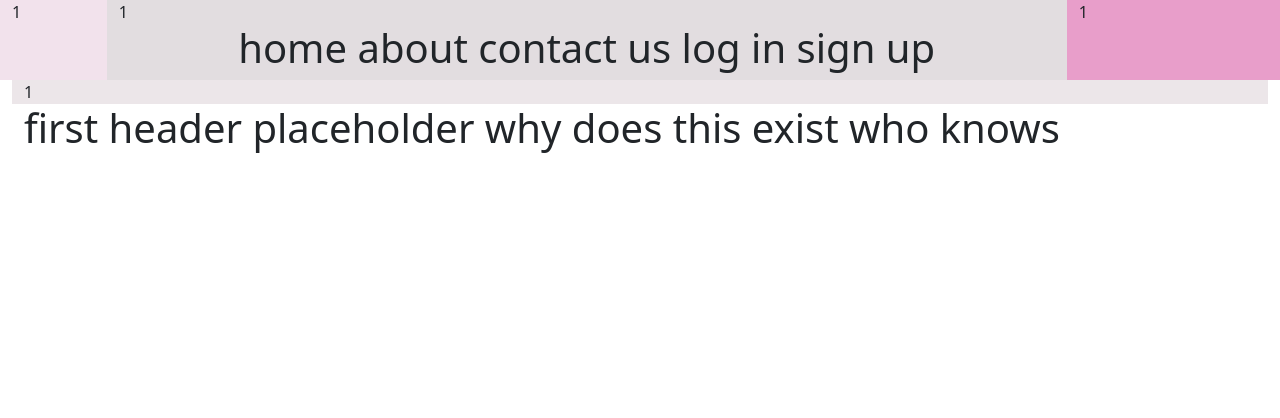
Repository: Treestr/classroom-assistant
Page: templates/homepage.html
These files come from the project's save history. The page is drawn as it stood at one moment and after the next save; the edit follows.
The browser window is 1280 px wide. The pictures show the whole page.
The template is drawn by Flask 3. The application's start-up code is not run. Other server files are loaded and not shown. The template is opened directly, without the code that normally fills it, so the values that code supplies are empty.

Above is the page before, as saved 2024-04-21 19:53:29.

### templates/homepage.html
<!DOCTYPE html>
<html lang="en">
  <head>
    <meta charset="utf-8" />
    <meta name="viewport" content="width=device-width, initial-scale=1" />
    <title>Bootstrap demo</title>
    <link
      href="https://cdn.jsdelivr.net/npm/bootstrap@5.3.3/dist/css/bootstrap.min.css"
      rel="stylesheet"
      integrity="sha384-QWTKZyjpPEjISv5WaRU9OFeRpok6YctnYmDr5pNlyT2bRjXh0JMhjY6hW+ALEwIH"
      crossorigin="anonymous"
    />
  </head>
  <body>
    <div class="container-fluid">
      <div class="row">
        <div class="col-1" style="background-color: rgb(242, 226, 236)">1</div>
          <div class="col-9" style="background-color: rgb(226, 221, 224)">1
          <h1><center>home about contact us log in sign up </center></h1>
        </div>


           <div class="col-2" style="background-color: rgb(232, 158, 202)">1</div>
      </div>

      <div class="container-fluid">
    <div class="row">
        <div class="col-12" style="background-color: rgb(236, 230, 233)">1










        </div>

    </div>
    <h1>first header placeholder why does this exist who knows</h1>
    <script
      src="https://cdn.jsdelivr.net/npm/bootstrap@5.3.3/dist/js/bootstrap.bundle.min.js"
      integrity="sha384-YvpcrYf0tY3lHB60NNkmXc5s9fDVZLESaAA55NDzOxhy9GkcIdslK1eN7N6jIeHz"
      crossorigin="anonymous"
    ></script>
    <script
      src="https://cdn.jsdelivr.net/npm/@popperjs/core@2.11.8/dist/umd/popper.min.js"
      integrity="sha384-I7E8VVD/ismYTF4hNIPjVp/Zjvgyol6VFvRkX/vR+Vc4jQkC+hVqc2pM8ODewa9r"
      crossorigin="anonymous"
    ></script>
    <script
      src="https://cdn.jsdelivr.net/npm/bootstrap@5.3.3/dist/js/bootstrap.min.js"
      integrity="sha384-0pUGZvbkm6XF6gxjEnlmuGrJXVbNuzT9qBBavbLwCsOGabYfZo0T0to5eqruptLy"
      crossorigin="anonymous"
    ></script>
  </body>
</html>

After the next save:
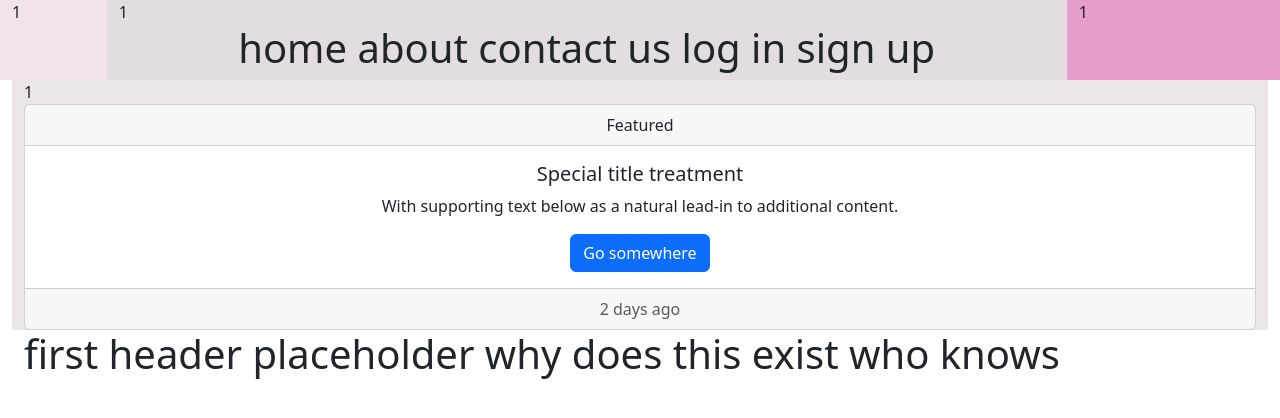
Saved 5 s later.
--- a/templates/homepage.html
+++ b/templates/homepage.html
@@ -30,7 +30,19 @@
 
 
 
-
+<div class="card text-center">
+  <div class="card-header">
+    Featured
+  </div>
+  <div class="card-body">
+    <h5 class="card-title">Special title treatment</h5>
+    <p class="card-text">With supporting text below as a natural lead-in to additional content.</p>
+    <a href="#" class="btn btn-primary">Go somewhere</a>
+  </div>
+  <div class="card-footer text-body-secondary">
+    2 days ago
+  </div>
+</div>
 
 
 
